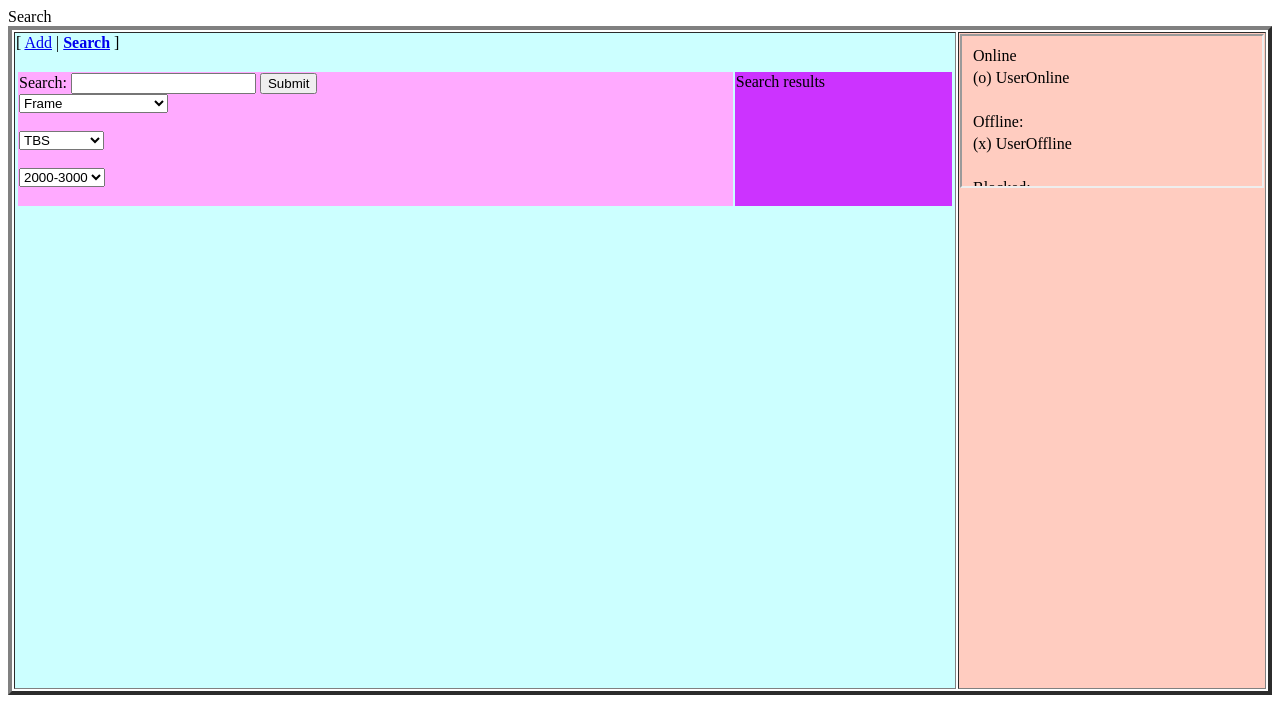
Repository: nevinleiby/SwapRC
Page: search_interface.html
An editor plug-in stored every save of this project. The page is shown before and after the next save, followed by the edit.
The browser window is 1280 px wide. The pictures show the whole page.

Above is the page before, as saved 2019-09-08 01:53:13.

After the next save:
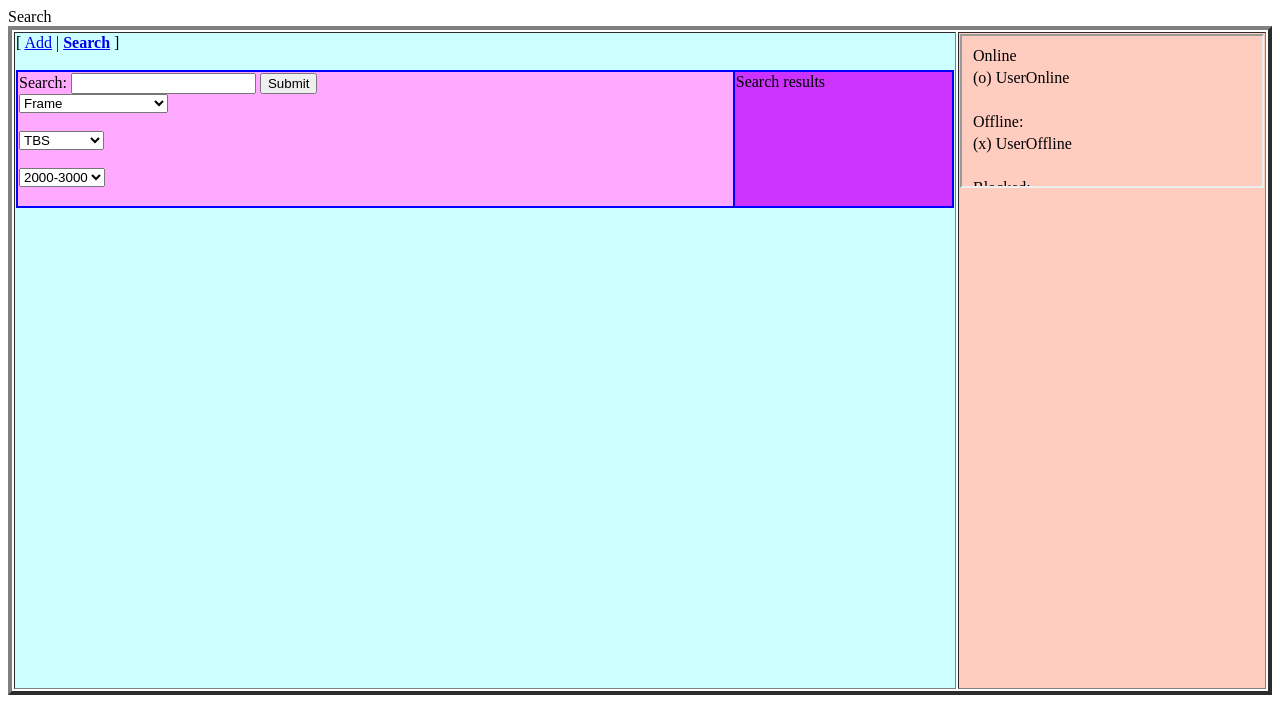
Saved 20 s later.
--- a/search_interface.html
+++ b/search_interface.html
@@ -14,7 +14,7 @@
                         ]
                         <form>
                         <br>
-                        <table width=100% height=100%>
+                        <table width=100% height=100% bgcolor=blue>
                             <tr>
                                 <td valign=top bgcolor="#ffaaff">
                                     Search:
